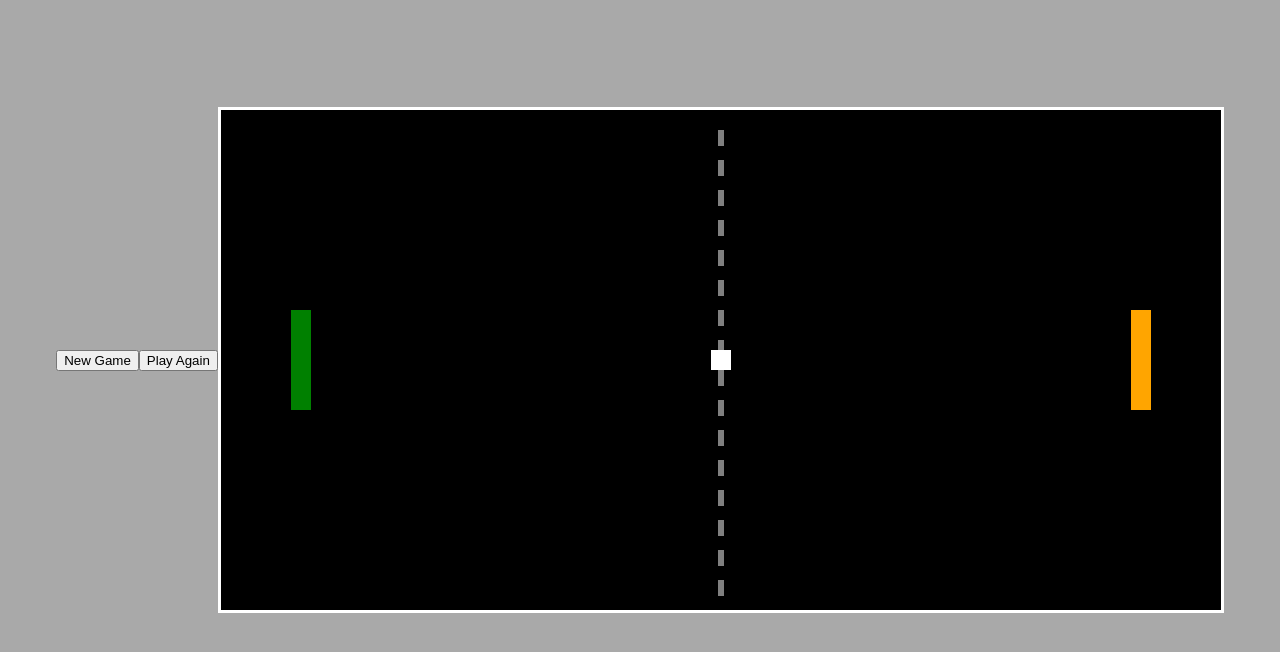
Repository: Dawid-Krasik/Ping-Pong.JS
Page: index.html
An editor plug-in stored every save of this project. The page is shown before and after the next save, followed by the edit.
The browser window is 1280 px wide. The pictures show the whole page.

Above is the page before, as saved 2019-09-24 18:07:42.

### index.html
<!DOCTYPE html>
<html lang="en">
<head>
    <meta charset="UTF-8">
    <meta name="viewport" content="width=device-width, initial-scale=1.0">
    <meta http-equiv="X-UA-Compatible" content="ie=edge">
    <script src="script.js" async></script>
    <link rel="stylesheet" type="text/css" href="style.css">
    <title>Game</title>
</head>
<body>
<button id="newGameButton">New Game</button>
<button id="playAgainButton">Play Again</button>
    <canvas>

    </canvas>

</body>
</html>

### script.js
/*
 * Pong Game
 *
 * made By Dawid .K
 *
 *
 */


// DOM documents and claim Varibles
const canvas = document.querySelector("canvas"),
      ctx = canvas.getContext("2d");
let newGameB = document.getElementById("newGameButton"),
    playAgainB = document.getElementById("playAgainButton");

    canvas.width = 1000;
    canvas.height = 500;

    // All Varibles

const cw = canvas.width;
const ch = canvas.height;

const ballSize = 20;
let ballX = cw / 2 - ballSize / 2
let ballY = ch / 2 - ballSize / 2

const paddelWidght = 20;
const paddelHeight = 100;

const playerX = 70;
const aiX = 910;

let playerY = 200;
let aiY = 200;

const lineWidth = 6;
const lineHeight = 16;

let ballSpeedX = 0;
let ballSpeedY = 0;

let playerPoints = 0;
let aiPoints = 0;

let gameStarted = false;
let gameOver = false;
let playerWon = false;

    //buttons

newGameB.addEventListener('click', function () {

    gameStarted = false;
    gameOver = false;
    playerWon = false;



newGameButton.style.display = 'none';


    ballSpeedX = 7;
    ballSpeedY = 0;
});





playAgainB.addEventListener('click', function () {
    endGame()
    newGameButton.style.display = 'inline';
});


    // Functions self descripting



    //player paddel
function player() {
    ctx.fillStyle = 'green';
    ctx.fillRect(playerX, playerY, paddelWidght, paddelHeight);
}
    // ai padeln
function ai() {
    ctx.fillStyle = 'orange';
    ctx.fillRect(aiX, aiY, paddelWidght, paddelHeight);
}
    // Ball parameters
function ball(){
    ctx.fillStyle = 'white';
    ctx.fillRect(ballX, ballY, ballSize, ballSize);

    //adding movement into the ball
    ballX = ballX + ballSpeedX;
    ballY = ballY + ballSpeedY;

        // setting movement in to the ball top or bottom
        if (ballY <= 0 || ballY + ballSize >= ch ){
          ballSpeedY = -ballSpeedY;
          speedUp()

            }
        // the ball turn back when hit the right or left border

        if (ballX <= 0 || ballX + ballSize >= cw) {
             ballSpeedX = -ballSpeedX;
             speedUp()

            }

}

function table(){
    ctx.fillStyle = 'black';
    ctx.fillRect(0,0, cw, ch);

        // stetting the table to half
        for (let linePosition = 20; linePosition < ch; linePosition +=30){
            ctx.fillStyle = 'gray'
            ctx.fillRect(cw / 2 - lineWidth / 2 , linePosition,
                         lineWidth, lineHeight)
        }
}

    //offset  space

topCanvas = canvas.offsetTop;
console.log(topCanvas)

    // function moving paddel

function playerPosition (e){

   // console.log("Mouse Position", + (e.clientY - topCanvas));
    playerY = e.clientY - topCanvas - paddelHeight / 2;

    // if paddelHeight hit bottom
    // the position is set to 400 and paddel do
    // not crose the table any more
    if (playerY >= ch - paddelHeight ){
        playerY = ch - paddelHeight;

    }
        // {if} the paddel dont crose top border
        if (playerY <= 0){
            playerY = 0;

        }


}
    // setting up speed after hiting borders X and Y
function speedUp(){
   // console.log(ballSpeedX +","+ ballSpeedY);

   // Speeding up X
    if (ballSpeedX > 0 && ballSpeedX < 16){
        ballSpeedX += 1;
    }
    else if (ballSpeedX < 0 && ballSpeedX > -16){
        ballSpeedX -= 1;
    }
    // Speeding up Y
    if (ballSpeedY > 0 && ballSpeedY < 16) {
        ballSpeedY += 1;
    }
    else if (ballSpeedY < 0 && ballSpeedY > -16) {
        ballSpeedY -= 1;
    }
}

    // AI

function aiPosition(){


    const middlePaddel = aiY + paddelHeight / 2;
    const middleBall = ballY + ballSize / 2;


    if (ballX > 500){
        if (middlePaddel - middleBall > 200){
          //  console.log("more then 200");
            aiY -= 15
        }
        else if (middlePaddel - middleBall > 50){
           // console.log("between 50 - 200");
            aiY -= 5
        }
            if (middlePaddel - middleBall < -200){
                //console.log("more then -200");
                aiY += 15
            }
            else if (middlePaddel - middleBall < -50){
          //      console.log("between -50 to - 200");
                aiY += 5
            }
    }
    else if (ballX <= 500 && ballX > 150){
        if (middlePaddel - middleBall > 100){
            aiY -= 3
        }
            else if (middlePaddel - middleBall < -100){
                aiY += 3
            }
    }
}

    // funciont adding score
function score (){


    if (ballX <= 15 && aiPoints < 10) {
        aiPoints += 1;
        ballX = cw / 2 - ballSize / 2
        console.log(aiPoints + " " + "Punkty AI ");

    }

    if (ballX >= 965 && playerPoints < 10) {
        playerPoints += 1;
        ballX = cw / 2 - ballSize / 2
        console.log(playerPoints + " " + "Punkty gracza");

    }

  //  console.log ("za pentlą punkt dla ai" + "" + playerPoints);
}
    // funcion reseting the game

function endGame (){

    ballX = cw / 2 - ballSize / 2
    ballY = ch / 2 - ballSize / 2
    ballSpeedX = 0;
    ballSpeedY = 0;
    playerPoints = 0;
    aiPoints = 0;
    newGameButton.style.display = 'inline';
}
function checkForEnd(){
    if (playerPoints >= 10){
        console.log ("Player Won");
        endGame()
    }
    if (aiPoints >= 10) {
        console.log("Computer Won");
        endGame()
    }
}



canvas.addEventListener("mousemove", playerPosition)

function game (){
table()
ball()
player()
ai()
aiPosition()
score()
checkForEnd()
}

setInterval(game,1000 / 60)

### style.css
body {
    margin:0;
    padding: 0;
    display:flex;
    align-items: center;
    justify-content: center;
    height: 100vh;
    background-color: darkgray;

}
canvas{
   border: 3px solid white;
  /*  */
}

After the next save:
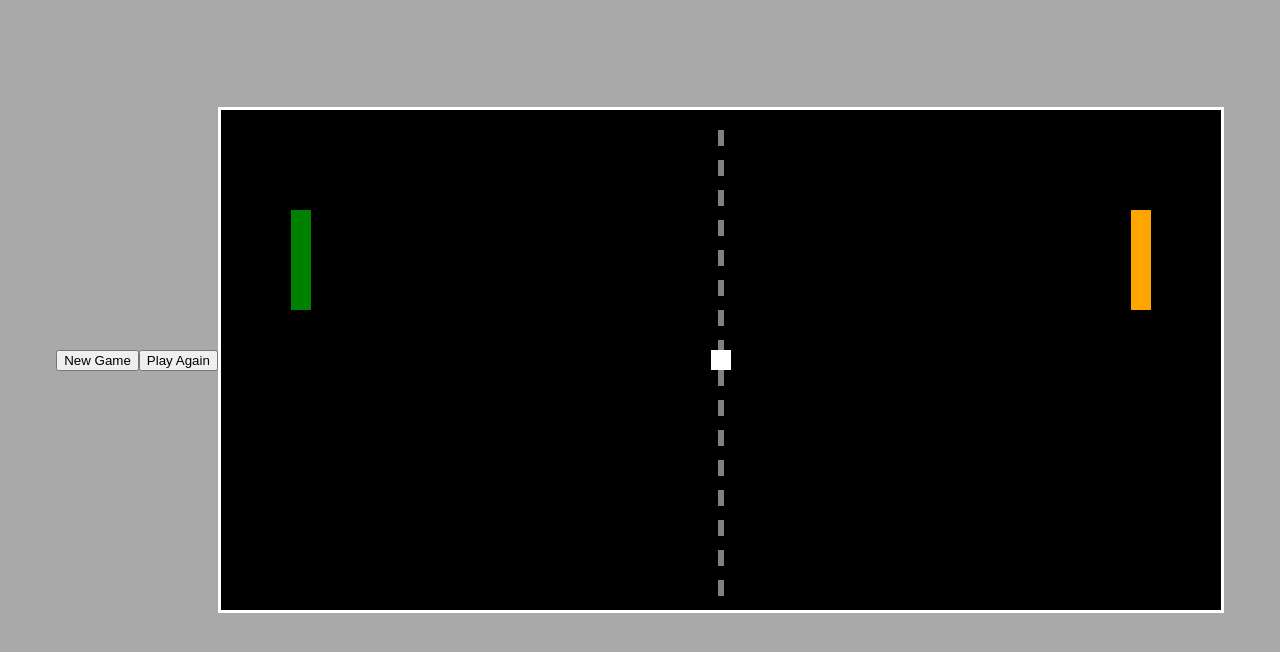
Saved 11 min 57 s later.
--- a/script.js
+++ b/script.js
@@ -31,8 +31,8 @@
 const playerX = 70;
 const aiX = 910;
 
-let playerY = 200;
-let aiY = 200;
+let playerY = 100;
+let aiY = 100;
 
 const lineWidth = 6;
 const lineHeight = 16;
